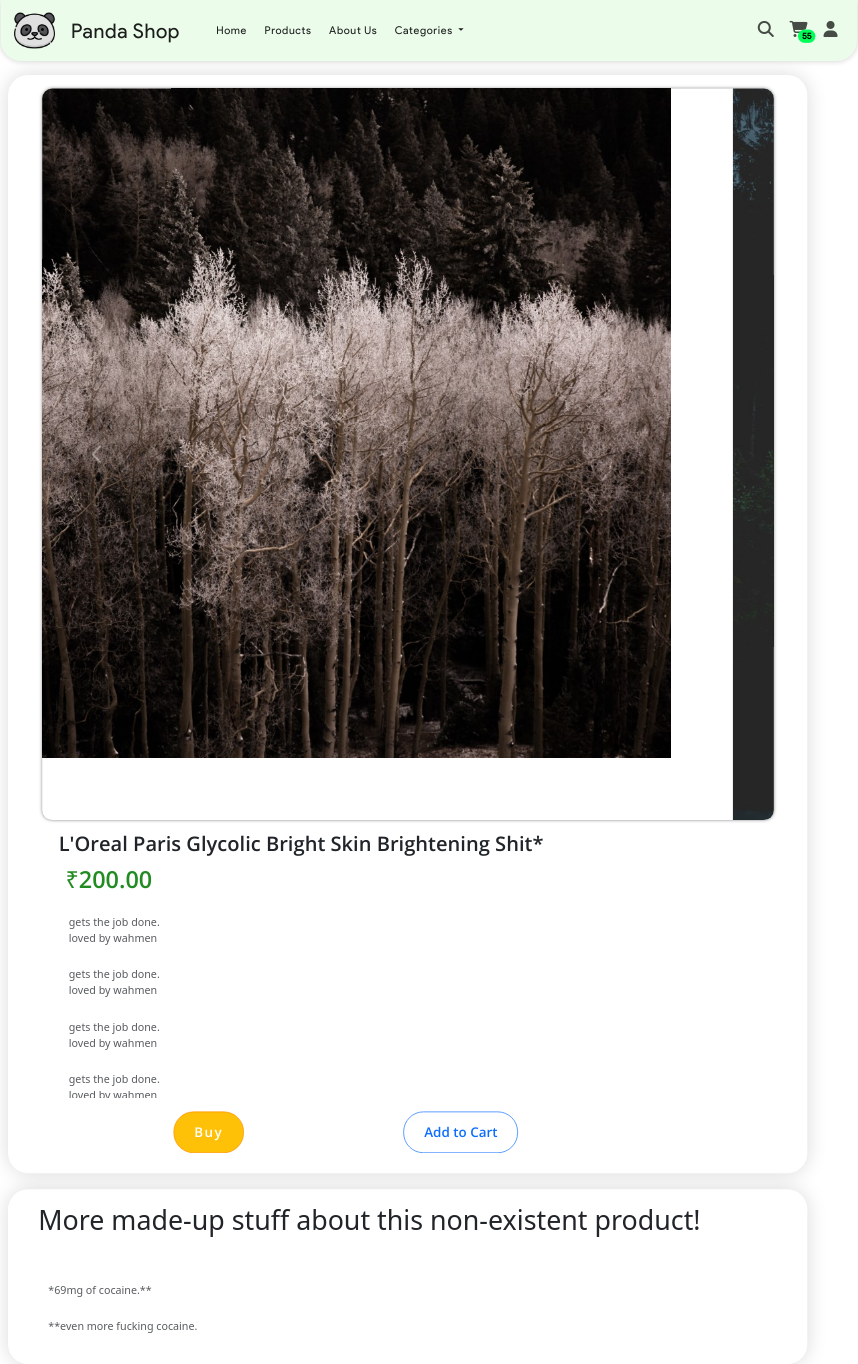
Repository: Anindyait/Panda-web-project
Page: http://localhost/Project1/product.html
These files come from the project's save history. The page is drawn as it stood at one moment and after the next save; the edit follows.
The browser window is 1280 px wide. The pictures show the whole page, at 67% of full size.
Some web fonts or font styles are not loaded; a fallback is used. Some web libraries are served in a nearby version. The page is served by Tomcat 9. Other server files are loaded and not shown.

Above is the page before, as saved 2022-11-26 16:49:12.

### Project1/src/main/webapp/product.html
<!doctype html>
<html lang="en">
<head>
    <meta charset="ISO-8859-1">
    <script src="https://code.jquery.com/jquery-3.3.1.js"
			integrity="sha256-2Kok7MbOyxpgUVvAk/HJ2jigOSYS2auK4Pfzbm7uH60="
			crossorigin="anonymous">
	</script>
	<script>
		$(function () {
			$("#header").load("header.html");
			$("#footer").load("footer.html");
		});
	</script>

    <meta name="viewport" content="width=device-width, initial-scale=1">
    <title>Bootstrap demo</title>

    <link href="https://cdn.jsdelivr.net/npm/bootstrap@5.2.3/dist/css/bootstrap.min.css" rel="stylesheet" integrity="sha384-rbsA2VBKQhggwzxH7pPCaAqO46MgnOM80zW1RWuH61DGLwZJEdK2Kadq2F9CUG65" crossorigin="anonymous">
    <link rel="stylesheet" href="Bootstrap/CSS/style1.css">

</head>
<body>


    <!-- <?php $IPATH = $_SERVER["DOCUMENT_ROOT"]."/php/"; include($IPATH, "headernav.html"); ?> -->


    <script src="https://cdn.jsdelivr.net/npm/bootstrap@5.2.3/dist/js/bootstrap.bundle.min.js" integrity="sha384-kenU1KFdBIe4zVF0s0G1M5b4hcpxyD9F7jL+jjXkk+Q2h455rYXK/7HAuoJl+0I4" crossorigin="anonymous"></script>


    <div class="container-fluid">
    <div id="header"></div>
   	<div class="header-adjustment"></div>

        <div class="cardnew">
            <div class="container px-4">
                <div class="row">
                    <div class="col-lg">
                        <div id="ProductCarousel" class="carousel slide" data-bs-ride="carousel">
                            <div class="carousel-indicators">
                                <button type="button" data-bs-target="#ProductCarousel" data-bs-slide-to="0" class="active" aria-current="true" aria-label="Slide 1"></button>
                                <button type="button" data-bs-target="#ProductCarousel" data-bs-slide-to="1" aria-label="Slide 2"></button>
                                <button type="button" data-bs-target="#ProductCarousel" data-bs-slide-to="2" aria-label="Slide 3"></button>
                            </div>
                            <div class="carousel-inner round">
                                <div class="carousel-item active">
                                    <img src="Pics/scene1.jpg" class="d-block w-90" alt="...">
                                </div>
                                <div class="carousel-item">
                                    <img src="Pics/scene2.jpg" class="d-block w-100" alt="...">
                                </div>
                                <div class="carousel-item">
                                    <img src="Pics/scene3.jpg" class="d-block w-100" alt="...">
                                </div>
                            </div>

                            <button class="carousel-control-prev" type="button" data-bs-target="#ProductCarousel" data-bs-slide="prev">
                                <span class="carousel-control-prev-icon" aria-hidden="true"></span>
                                <span class="visually-hidden">Previous</span>
                            </button>
                            <button class="carousel-control-next" type="button" data-bs-target="#ProductCarousel" data-bs-slide="next">
                                <span class="carousel-control-next-icon" aria-hidden="true"></span>
                                <span class="visually-hidden">Next</span>
                            </button>
                        </div>

                    </div>
                    <div class="col-lg">


                        <div class="text">
                            <div class="Title">L'Oreal Paris Glycolic Bright Skin Brightening Shit*</div>
                            <div class="Price">₹200.00</div>
                            <div class="desc overflow-auto">
                                <div class="Description opacity-75"> gets the job done. <br> loved by wahmen</div>
                                <div class="Description opacity-75"> gets the job done. <br> loved by wahmen</div>
                                <div class="Description opacity-75"> gets the job done. <br> loved by wahmen</div>
                                <div class="Description opacity-75"> gets the job done. <br> loved by wahmen</div>
                                <div class="Description opacity-75"> gets the job done. <br> loved by wahmen</div>
                                <div class="Description opacity-75"> gets the job done. <br> loved by wahmen</div>
                            </div>
                            <div class="row justify-content-center button-grid ">
                                <div class="col-4">
                                    <input type="button" value="Buy" class="btn btn-warning Buy" />
                                </div>
                                <div class="col-4">
                                    <input type="button" value="Add to Cart" class="btn btn-outline-primary AddtoCart" />
                                </div>
                            </div>
                        </div>

                     </div>
                </div>
            </div>
        </div>
        <br>
        <div class="cardnew">
            <div class="text">
                <h1>More made-up stuff about this non-existent product!</h1>
                <br>
                <div class="Description opacity-75">*69mg of cocaine.**</div>
                <div class="Description opacity-75">**even more fucking cocaine.</div>

            </div>
        </div>
    </div>
</body>
</html>

### Project1/src/main/webapp/header.html
<!doctype html>
<html lang="en">
<head>
    <meta charset="utf-8">
    <meta name="viewport" content="width=device-width, initial-scale=1">
    <title>Header</title>
    <link rel="icon" href="Pics/panda.png">
    <script src="https://cdn.jsdelivr.net/npm/bootstrap@5.2.3/dist/js/bootstrap.bundle.min.js" integrity="sha384-kenU1KFdBIe4zVF0s0G1M5b4hcpxyD9F7jL+jjXkk+Q2h455rYXK/7HAuoJl+0I4" crossorigin="anonymous"></script>
    <script src="https://kit.fontawesome.com/13deb536c6.js" crossorigin="anonymous"></script>

    <link href="https://cdn.jsdelivr.net/npm/bootstrap@5.2.3/dist/css/bootstrap.min.css" rel="stylesheet" integrity="sha384-rbsA2VBKQhggwzxH7pPCaAqO46MgnOM80zW1RWuH61DGLwZJEdK2Kadq2F9CUG65" crossorigin="anonymous">
    <link rel="stylesheet" href="Bootstrap/CSS/style1.css">
</head>
<body>
    <script>
       function search_suggestions()
       {
           var text = document.getElementById("search-text");

           var http = new XMLHttpRequest();
            http.open("POST", "Search", true);
            http.setRequestHeader("Content-type","application/x-www-form-urlencoded");
            var params = "search=" + text.value; // probably use document.getElementById(...).value
            http.send(params);

            http.onreadystatechange = function() {
                if (http.readyState == XMLHttpRequest.DONE) {
                	console.log(http.response);
                	var added = document.getElementById("suggestions");
                    added.innerHTML = http.response;
                }
            }
       }

       function cart_items()
       {
           var cartItems = new XMLHttpRequest();
            cartItems.open("POST", "Cart", true);
            cartItems.setRequestHeader("Content-type","application/x-www-form-urlencoded");

            cartItems.onreadystatechange = function() {
                if (cartItems.readyState == XMLHttpRequest.DONE) {
                	console.log(cartItems.response);
                }
            }
       }
    </script>

    <script>
        $(document).ready(function() {
            $(".dropdown-toggle").dropdown();
        });
    </script>

    <div class="font">

        <nav class="navbar navbar-expand-lg header">
            <!--Store name and Logo-->

            <a class="navbar-brand" style="text-decoration:none" href="Index.html">
                <div class="row">
                    <div class="col">
                        <img class="brand-img" src="Pics/panda.png" height="65">
                    </div>
                    <div class="col">
                        <div class="brand-name">Panda Shop</div>
                    </div>
                </div>
            </a>

            <!--Collapsed NavBars toggle-->
            <div class="menu-button-padding">
                <button class="navbar-toggler round" type="button" data-bs-toggle="collapse" data-bs-target="#NavBar" aria-expanded="false" aria-controls="#NavBar" aria-label="Toggle navigation" ><span class="navbar-toggler-icon"></span></button>

            </div>

            <!--Actual NavBar-->
            <div class="collapse navbar-collapse nav-part" id="NavBar">

                <ul class="navbar-nav">
                    <li class="nav-item">
                        <a href="Index.html" class="nav-link nav-link1 active">Home</a>
                    </li>

                    <li class="nav-item">
                        <a href="#" class="nav-link nav-link1 active">Products</a>
                    </li>

                    <li class="nav-item">
                        <a href="aboutUs.html" class="nav-link nav-link1 active">About Us</a>
                    </li>

                    <div class="nav-item dropdown">
                        <div class="nav-link nav-link1 dropdown-toggle active" href="#" role="button" data-bs-toggle="dropdown" aria-expanded="false">
                            Categories
                        </div>
                        <div class="dropdown-menu" style="border-radius:20px;">

                            <div class="row">
                                <div class="col">

                                    <a href="ProductList?category=Winter Collection" class="dropdown-item">
                                        Winter&nbspCollection
                                    </a>

                                    <a href="ProductList?category=New Year's Collection" class="dropdown-item">
                                        New&nbspYear's&nbspCollection
                                    </a>

                                    <a href="ProductList?category=Valentine's Day" class="dropdown-item">
                                        Valentine's&nbspDay
                                    </a>

                                    <a href="ProductList?category=Saraswati Puja Collection" class="dropdown-item">
                                        Saraswati&nbspPuja&nbspCollection
                                    </a>
                                    <a href="ProductList?category=Best Sellers" class="dropdown-item">
                                        Best&nbspSellers
                                    </a>

                                    <a href="ProductList?category=Royal Range" class="dropdown-item">
                                        Royal&nbspRange
                                    </a>


                                    <a href="ProductList?category=Shoes" class="dropdown-item">
                                        Shoes
                                    </a>
                                </div>

                                <div class="col">



                                    <a href="ProductList?category=Tops" class="dropdown-item">
                                        Tops
                                    </a>

                                    <a href="ProductList?category=Hoodies" class="dropdown-item">
                                        Hoodies
                                    </a>

                                    <a href="ProductList?category=Trousers" class="dropdown-item">
                                        Trousers
                                    </a>

                                    <a href="ProductList?category=Dresses" class="dropdown-item">
                                        Dresses
                                    </a>

                                    <a href="ProductList?category=Formal Clothing Range" class="dropdown-item">
                                        Formal&nbspClothing&nbspRange
                                    </a>

                                    <a href="ProductList?category=,Male," class="dropdown-item">
                                        Men
                                    </a>

                                    <a href="ProductList?category=,Female," class="dropdown-item">
                                        Women
                                    </a>
                                </div>
                            </div>
                            <br>
                            <a href="ProductList?category=All Panda Shop Products" class="dropdown-item" style="background-color:#ebfceb;">
                                All Panda Shop Products
                            </a>
                        </div>
                    </div>




                </ul>
            </div>

        </nav>

        <div class="nav-item right-icons">
            <i class="fa-solid fa-magnifying-glass fa-xl right-cons" data-bs-toggle="modal" data-bs-target="#searchModal"></i>

            <!--Search Modal-->
            <div class="modal fade" id="searchModal" aria-labelledby="searchModalLabel" aria-hidden="true">
                <div class="modal-dialog">
                    <div class="modal-content search" style="border:none; background:rgb(255, 255, 255)">

                        <form>
                        <div class="row">
                            <div class="col">
                                <input name="search-text" type = "search" class = "form-control" id = "search-text" placeholder="Search..." onkeyup="search_suggestions()" required>
                            </div>
                            <div class="col-2">
                                <button type="submit" class="btn bamboo rounded-5"><i class="fa-solid fa-magnifying-glass fa-lg"></i></button>
                            </div>

                            <div class="col-1">
                            <button type="button" class="btn-close" data-bs-dismiss="modal" aria-label="Close" style="margin-top:6px; margin-left:-15px;"></button>
                            </div>
                        </div>
                        </form>


                        <div class="search-suggestion" id="suggestions">
                            <!--<a href="#">Set Of Three : Corset Style Hoodie With Sleeveless Crop Top & Bottom In Black</a>
                            <a href="#">Suggestion2</a>-->
                            <h4 style="text-align:center; opacity:60%">Search products</h4>
                        </div>



                    </div>


                </div>
            </div>

            <a href="Cart" class="right-links">
                <div id="cart-item-numbers">55</div>
                <i class="fa fa-cart-shopping fa-xl right-cons"></i>

            </a>



            <!-- <input type="button"  value="   " data-bs-toggle="collapse" class="btn btn-secondary login-button round"/> -->
            <a href="Profile" class="right-links"><i class="fa-solid fa-user fa-xl right-cons"></i></a>






        </div>

    </div>



</body>
<script>
    function focus_text()
    {
        console.log("focus_text");
        document.getElementById("suggestions").focus();
    }
</script>

</html>

Loaded but not shown: Project1/src/main/webapp/Bootstrap/CSS/style1.css (1772 lines, source omitted)

After the next save:
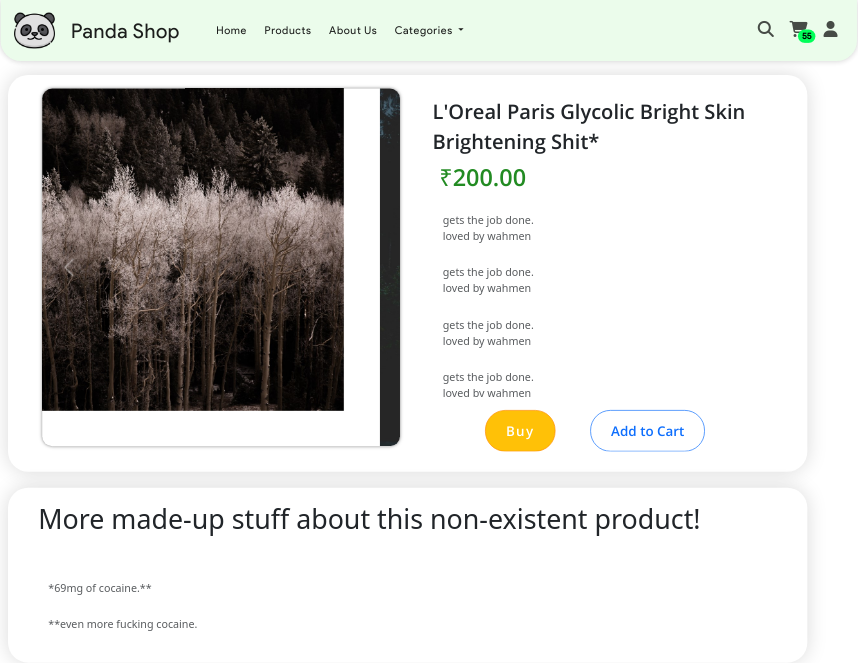
Saved 37 s later.
--- a/Project1/src/main/webapp/product.html
+++ b/Project1/src/main/webapp/product.html
@@ -45,7 +45,7 @@
                             </div>
                             <div class="carousel-inner round">
                                 <div class="carousel-item active">
-                                    <img src="Pics/scene1.jpg" class="d-block w-90" alt="...">
+                                    <img src="Pics/scene1.jpg" class="d-block w-90" width="90%" alt="...">
                                 </div>
                                 <div class="carousel-item">
                                     <img src="Pics/scene2.jpg" class="d-block w-100" alt="...">

After the save that followed:
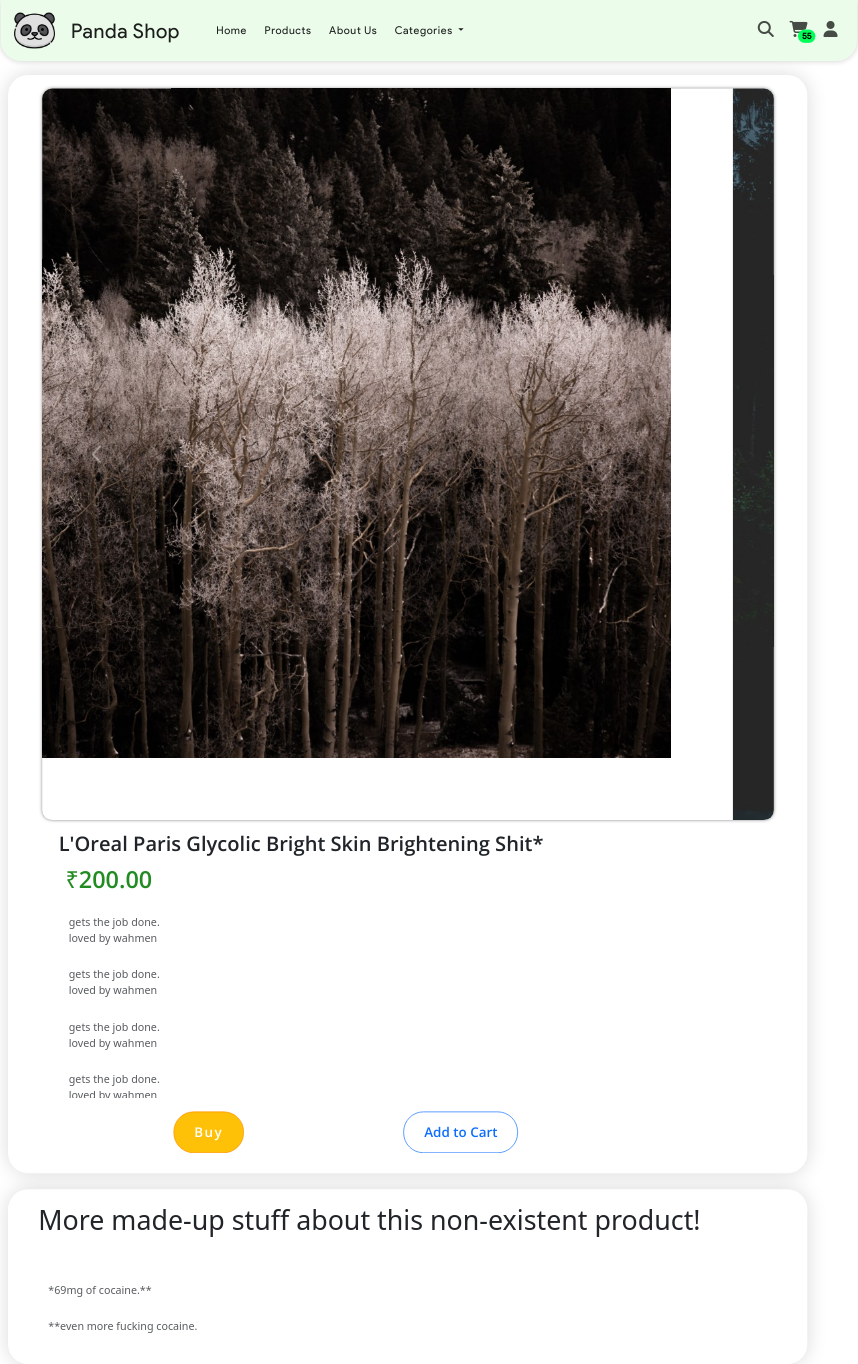
Saved 21 s later.
--- a/Project1/src/main/webapp/product.html
+++ b/Project1/src/main/webapp/product.html
@@ -45,7 +45,7 @@
                             </div>
                             <div class="carousel-inner round">
                                 <div class="carousel-item active">
-                                    <img src="Pics/scene1.jpg" class="d-block w-90" width="90%" alt="...">
+                                    <img src="Pics/scene1.jpg" class="d-block w-90" alt="...">
                                 </div>
                                 <div class="carousel-item">
                                     <img src="Pics/scene2.jpg" class="d-block w-100" alt="...">
